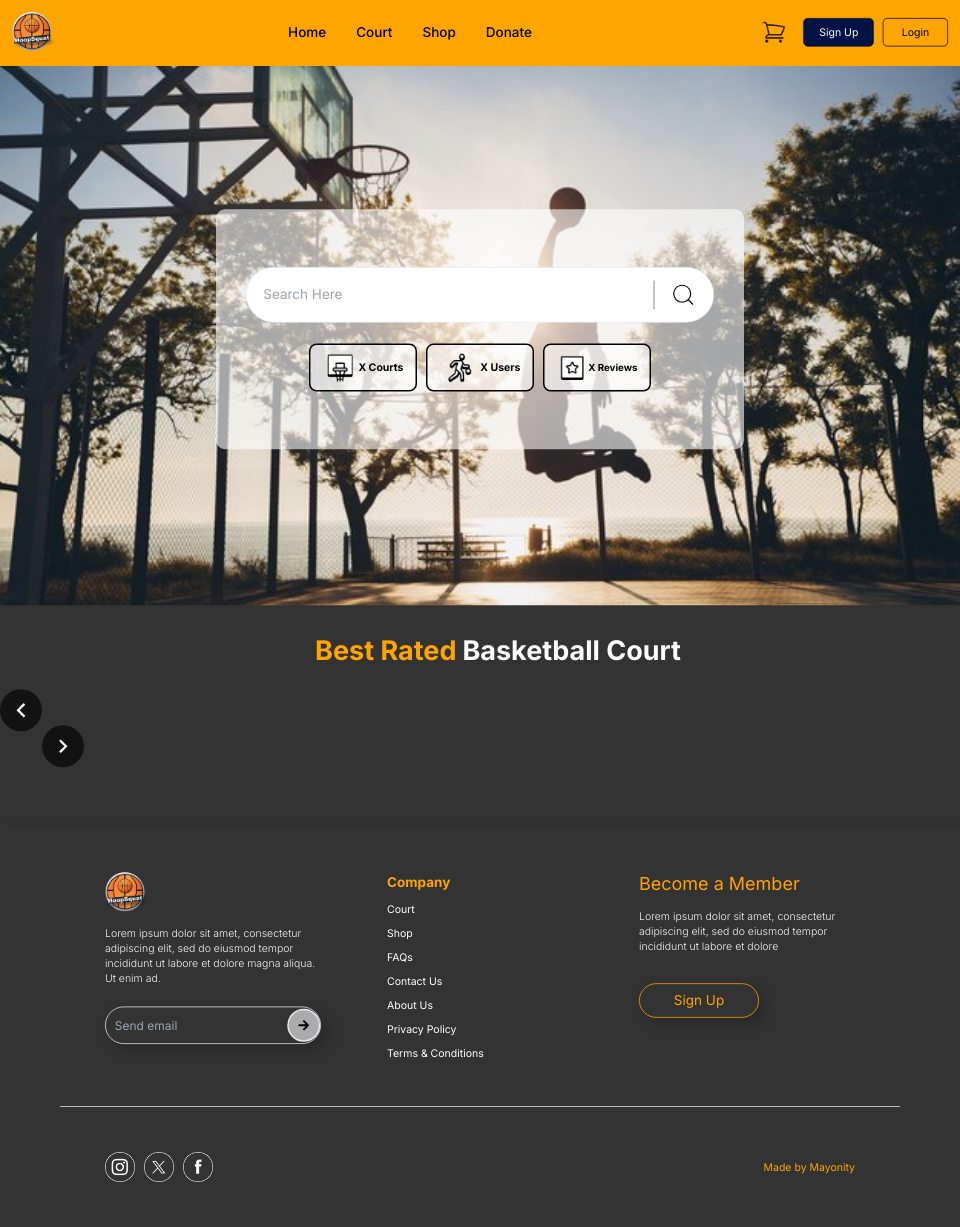
Repository: Abdul-Hannan232/basket-ball-website
Page: /
An editor plug-in stored every save of this project. The page is shown before and after a run of saves, followed by the edit.
The browser window is 1280 px wide. The pictures show the whole page, at 75% of full size.
The page's requests for data from a server got no answer. The project was rebuilt for these pictures with package versions that can differ from the ones it lists, and the page was loaded fresh each time. The framework's server and built-in components were replaced by stand-ins that run in the browser. No one was signed in, and anything a server would have sent is missing. Also part of the build but not shown: next.config.mjs, app/utils/rating.js.

Above is the page before, as saved 2024-09-15 21:30:42.

After the next 2 saves:
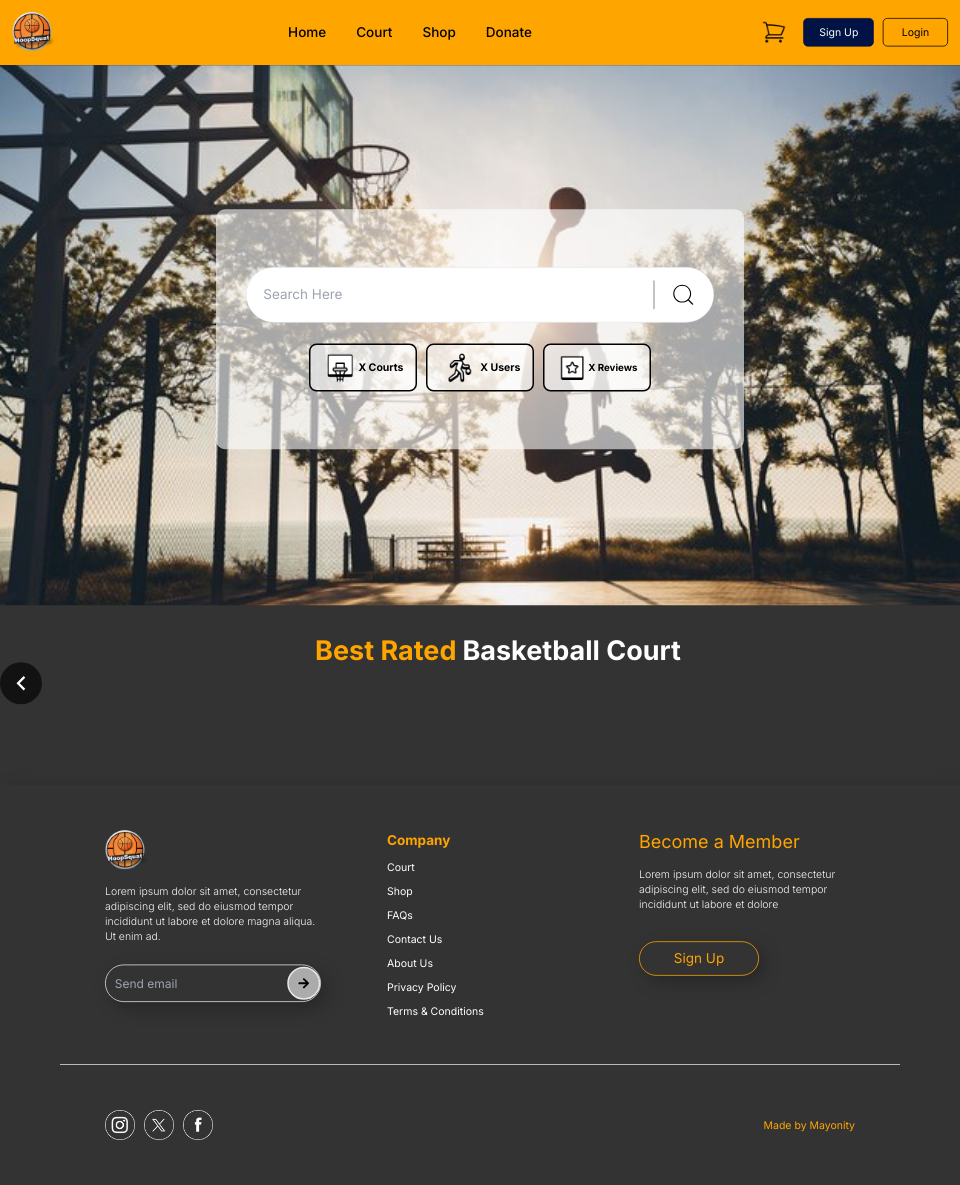
The 2 saves are shown as one change because 1 did not build or start.
The last was saved 21 s later.
--- a/app/component/CourtsSlider.js
+++ b/app/component/CourtsSlider.js
@@ -84,11 +84,11 @@
                     </div>
 
 
-                    <div className='slick- slick-arrow'>
+                    {/* <div className='slick- slick-arrow'>
                             <div className="bg-[#000000A6] text-white text-7xl md:p-[10px] flex items-center justify-center cursor-pointer md:w-14 md:h-14 w-10 h-10 text-center font-bold  rounded-full" onClick={goToNext}>
                                 <MdOutlineKeyboardArrowRight />
-                            </div>
-                        </div>
+                            </div> */}
+                        {/* </div> */}
                     <Slider ref={sliderRef} {...settings}>
 
                         {allCourts.map((item, index) => (

After the save that followed:
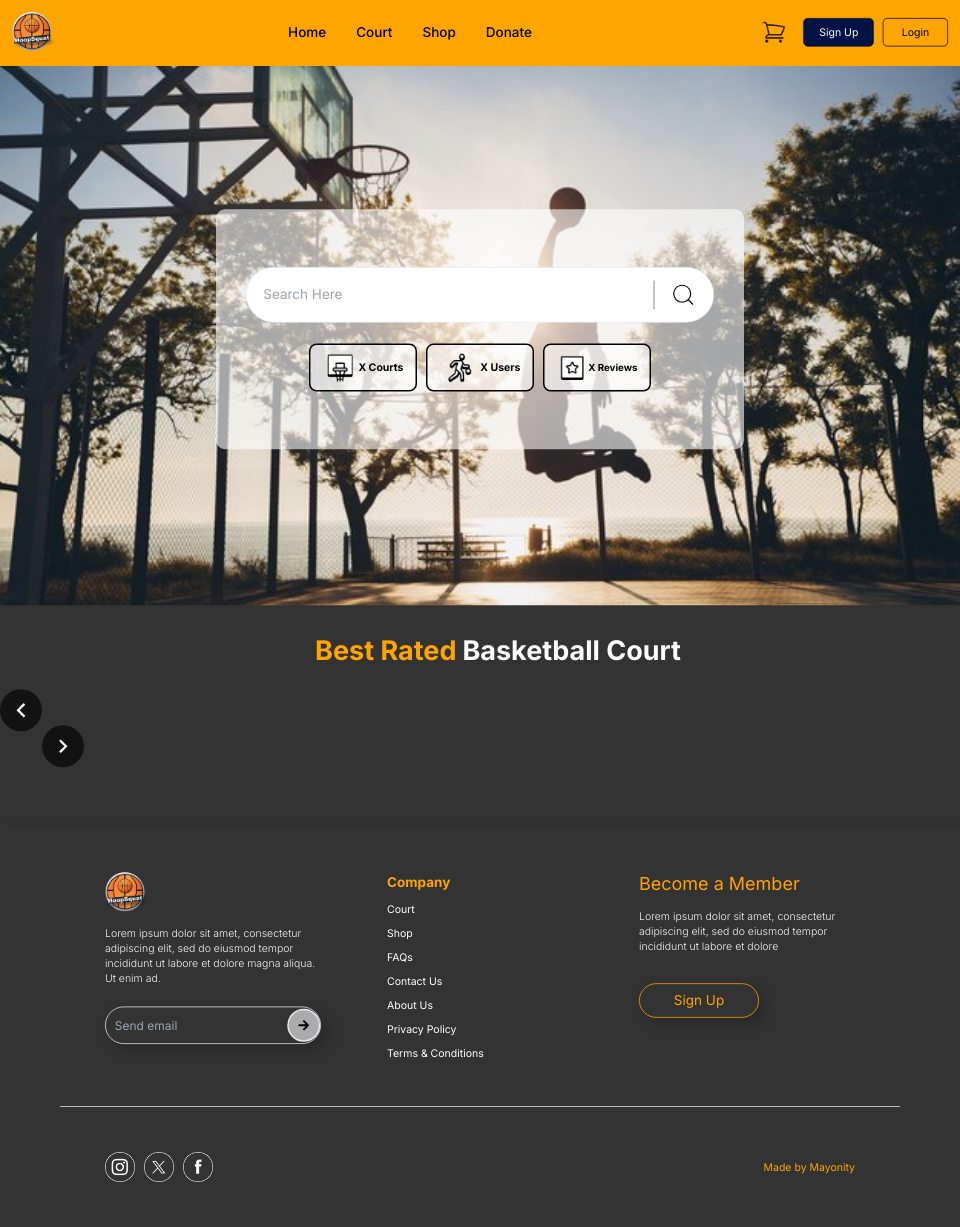
Saved 7 s later.
--- a/app/component/CourtsSlider.js
+++ b/app/component/CourtsSlider.js
@@ -84,11 +84,11 @@
                     </div>
 
 
-                    {/* <div className='slick- slick-arrow'>
+                    <div className='slick- slick-arrow'>
                             <div className="bg-[#000000A6] text-white text-7xl md:p-[10px] flex items-center justify-center cursor-pointer md:w-14 md:h-14 w-10 h-10 text-center font-bold  rounded-full" onClick={goToNext}>
                                 <MdOutlineKeyboardArrowRight />
-                            </div> */}
-                        {/* </div> */}
+                            </div>
+                        </div>
                     <Slider ref={sliderRef} {...settings}>
 
                         {allCourts.map((item, index) => (
